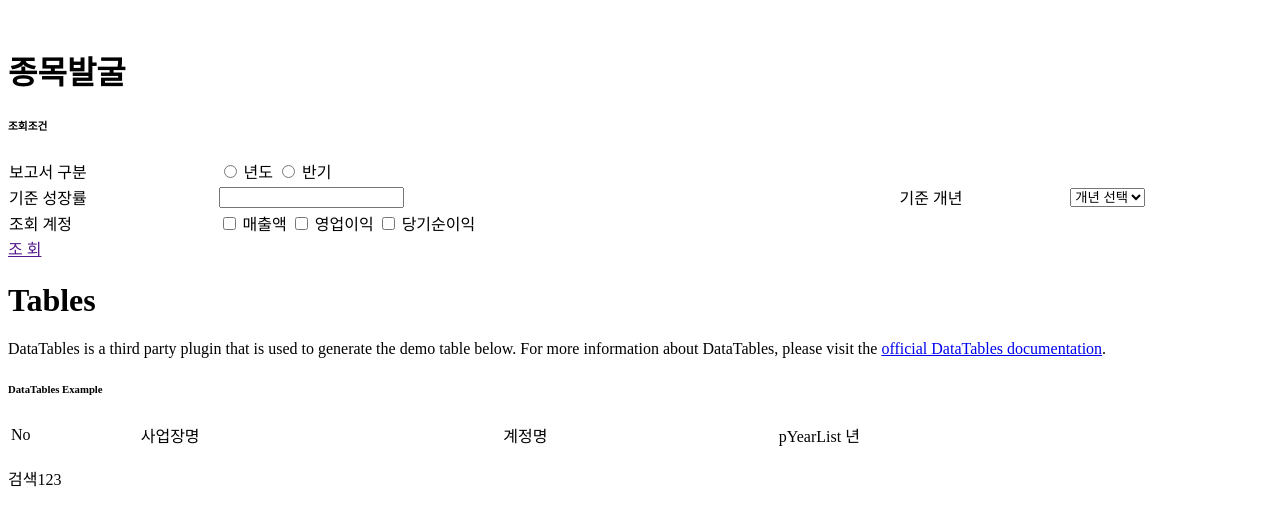
Repository: bangProgram/PJT_Finance
Page: http://localhost/Finance/WEB-INF/views/report/reportList.jsp
An editor plug-in stored every save of this project. The page is shown before and after the next save, followed by the edit.
The browser window is 1280 px wide. The pictures show the whole page.
The page is served by Tomcat 9. Nobody is signed in. Other server files are loaded and not shown. The template is opened directly, without the code that normally fills it, so the values that code supplies are empty.

Above is the page before, as saved 2022-10-26 01:25:39.
Console error: TypeError: Cannot read properties of undefined (reading '0')

### Finance/src/main/webapp/WEB-INF/views/report/reportList.jsp
<%@ page pageEncoding="UTF-8" contentType="text/html;charset=utf-8"%>
<%@ taglib prefix="fmt" uri="http://java.sun.com/jsp/jstl/fmt"%>
<%@ taglib uri="http://java.sun.com/jsp/jstl/core" prefix="c"%>
<script src="https://code.jquery.com/jquery-3.4.1.min.js"></script>﻿
<script type="text/javascript">
	$(document).ready(function(){
		$("#pStartYear").val(pYearList[0]);
		$("#pEndYear").val(pYearList[4]);

		var chkYear = pEndYear;
		var pYearList = $("#pYearList").val();
		var pEndYear = $("#pEndYear").val();

		$('#chkYearList').children('option').remove();

		var html = '<option value = "">개년 선택</option>'
		var chkYearList = ''
		for(var i=0; i<pYearList.length(); i++){
			if(i==1){
				chkYearList += pYearList[i]
				html += '<option value="'+chkYearList+'">'+ pYearList[i] +' </option>'
			}else{
				chkYearList += ','+pYearList[i]
				html += '<option value="'+chkYearList+'">'+ pEndYear+' ~ '+ pYearList[i]  +' </option>'
			}

		}
		$('#chkYearList').append(html);
	});

	function goSearch(){
		var frm = document.searchForm;
		var pAccountIds = [];
		$("input[name=pAccountId]:checked").each(function(){
			pAccountIds.push($(this).val());
		});
		$("#pAccountIds").val(pAccountIds);

		$.ajax({
			type : 'post',           // 타입 (get, post, put 등등)
			url : '/report/select',           // 요청할 서버url
			data : {
				pYearList : $("#pYearList").val(),
				pStartYear : $("#pStartYear").val(),
				pEndYear : $("#pEndYear").val(),
				pReportCd : $("#pReportCd").val(),
				chkAccRate : $("#chkAccRate").val(),
				chkYearList : $("#chkYearList").val(),
				pAccountIds : $("#pAccountIds").val()
			},
			dataType : 'json',
			success : function(data) { // 결과 성공 콜백함수
				var resultList = data.resultList;
				var yearList = data.pYearList;
				 $("#userList").dataTable({
				 	 data: resultList,
				 	 columns: [
				  		{ data: 'RNUM' },
				  		{ data: 'CORP_NAME' },
				       	{ data: 'ACCOUNT_ID' },
				  	]
				});
				 /*
				for(var i=0; i<resultList.length; i++){
					var html = ''
					html += '<tr>'
					html +=	'<td>'+resultList[i].RNUM+'</td>'
					html +=	'<td>'+resultList[i].CORP_NAME+'</td>'
					html +=	'<td>'+resultList[i].ACCOUNT_ID+'</td>'
					for(var j=0; j<yearList.length; j++){
						var name = 'RATE_'+yearList[j];
						console.log("JB1 : "+name);
						html +=	'<td>'+resultList[i].name+'</td>'
						console.log("JB21 : "+resultList[i].name);
						console.log("JB22 : "+resultList[i].RATE_2021);
					}
					html += '</tr>'
					$('#bodyList').append(html);
				}
				 */
			},
			error : function(request, status, error) {
				console.log(error)
			}
		})

	}
</script>

<html>
<head>
<title>사업장 목록</title>
</head>
<body>
<div class="container-fluid">
	<form name="searchForm" method="post">
	<input type="hidden" name="pYearList" id="pYearList" value="${pYearList}" title="조회 년도 목록">
	<input type="hidden" name="pStartYear" id="pStartYear" class="pSearchYear" value="" title="조회 시작년도">
	<input type="hidden" name="pEndYear" id="pEndYear" class="pSearchYear" value="" title="조회 시작년도">

	<!-- Page Heading -->
	<h1 class="h3 mb-2 text-gray-800">종목발굴</h1>
	<p class="mb-4"></p>

	<!-- DataTales Example -->
    <div class="card shadow mb-4">
        <div class="card-header py-3">
            <h6 class="m-0 font-weight-bold text-primary">조회조건</h6>
        </div>
        <div class="card-body">
            <div class="table-responsive">

                <table class="table table-bordered"  width="100%" cellspacing="0">
                    <tbody>
                        <tr>
							<td>보고서 구분</td>
							<td><input type="radio" name="pReportCd" id="pReportCd" value="11011" title="보고서 구분"> 년도 <input type="radio" name="pReportCd" id="pReportCd" value="11012" title="보고서 구분"> 반기 </td>
                        </tr>
                        <tr>
                            <td>기준 성장률</td>
							<td><input type="text" name="chkAccRate" id="chkAccRate" value="" title="기준 성장률">  </td>
							<td>기준 개년</td>
							<td>
								<select name="chkYearList" id="chkYearList" title="기준 년도 선택">
									<option value = "">개년 선택</option>
								</select>
							</td>
                        </tr>
                        <tr>
                            <td>조회 계정</td>
							<td rowspan="3">
								<input type="hidden" name="pAccountIds" id="pAccountIds" value="" title="계정 목록">
								<input type="checkbox" name="pAccountId" id="pAccountId" value="ifrs-full_Revenue" title="매출액"> 매출액
								<input type="checkbox" name="pAccountId" id="pAccountId" value="dart_OperatingIncomeLoss" title="영업이익"> 영업이익
								<input type="checkbox" name="pAccountId" id="pAccountId" value="ifrs-full_ProfitLoss" title="당기순이익"> 당기순이익
							</td>
                        </tr>
                    </tbody>
                </table>
                <a href="" onclick="goSearch(); return false;" class="btn btn-primary btn-icon-split btn-sm">
                     <span class="icon text-white-50">
                         <i class="fas fa-flag"></i>
                     </span>
                     <span class="text">조 회</span>
               	</a>
            </div>
        </div>
    </div>
    </form>
</div>

<div class="container-fluid">

	<!-- Page Heading -->
	<h1 class="h3 mb-2 text-gray-800">Tables</h1>
	<p class="mb-4">DataTables is a third party plugin that is used to generate the demo table below.
	    For more information about DataTables, please visit the <a target="_blank"
	        href="https://datatables.net">official DataTables documentation</a>.</p>

	<!-- DataTales Example -->
    <div class="card shadow mb-4">
        <div class="card-header py-3">
            <h6 class="m-0 font-weight-bold text-primary">DataTables Example</h6>
        </div>
        <div class="card-body">
            <div class="table-responsive">
                <table id="userList" class="table table-bordered" id="dataTable" width="100%" >
                    <thead>
			            <tr id="head">
			            	<td>No</td>
							<td>사업장명</td>
							<td>계정명</td>
							<c:forEach items="pYearList" var="list">
								<td>${list} 년</td>
							</c:forEach>
						</tr>
			        </thead>
			        <tbody id="bodyList">
			        </tbody>
                </table>
            </div>
        </div>
    </div>
</div>
	<%--
	<h1>사업장 목록</h1>
	<table>
		<thead>
			<tr>
				<td>사업장명</td>
				<td>매출액</td>
				<td>매출증가율</td>
				<td>영업이익</td>
				<td>영업이익증가율</td>
				<td>순이익</td>
				<td>순이익증가율</td>
			</tr>
		</thead>
		<tbody>
		<tr>
			<c:forEach var="row" items="${data}">
					<td>${row.corp_name}</td>
					<td>${row.category}</td>
					<td>${row.category}</td>
					<td>${row.category}</td>
					<td>${row.category}</td>
					<td>${row.category}</td>
					<td>${row.category}</td>
			</c:forEach>
		</tr>
		</tbody>

	</table>
	 --%>
	<p>
		<a onclick="goSearch(); return false;">검색123</a>
	</p>
</body>
</html>

After the next save:
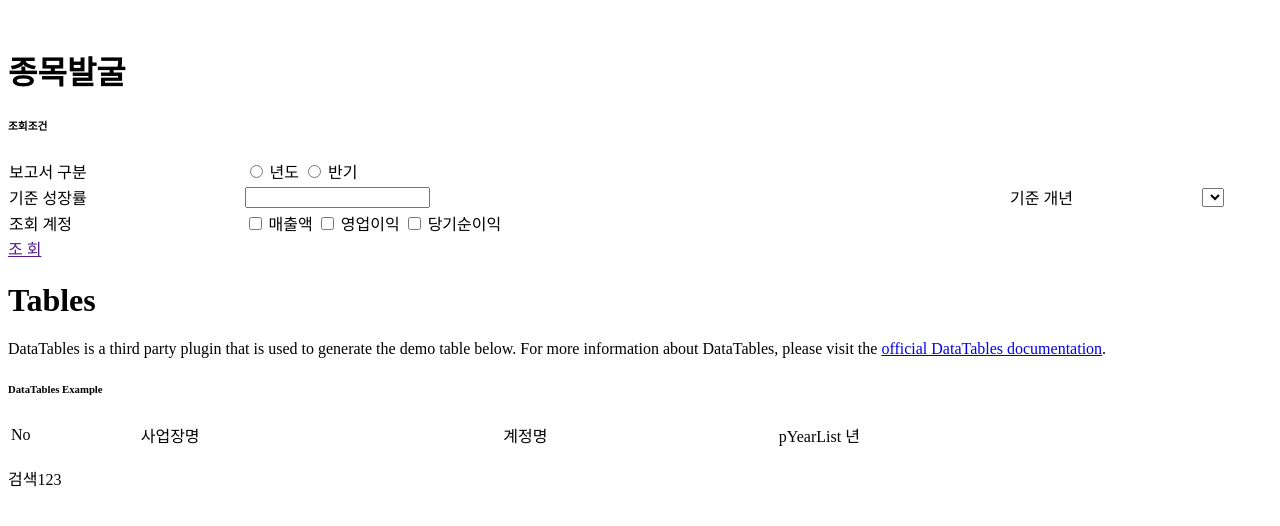
Console error: TypeError: pYearList.length is not a function
Saved 2 min 25 s later.
--- a/Finance/src/main/webapp/WEB-INF/views/report/reportList.jsp
+++ b/Finance/src/main/webapp/WEB-INF/views/report/reportList.jsp
@@ -4,11 +4,10 @@
 <script src="https://code.jquery.com/jquery-3.4.1.min.js"></script>﻿
 <script type="text/javascript">
 	$(document).ready(function(){
+		var chkYear = pEndYear;
+		var pYearList = $("#pYearList").val();
 		$("#pStartYear").val(pYearList[0]);
 		$("#pEndYear").val(pYearList[4]);
-
-		var chkYear = pEndYear;
-		var pYearList = $("#pYearList").val();
 		var pEndYear = $("#pEndYear").val();
 
 		$('#chkYearList').children('option').remove();
